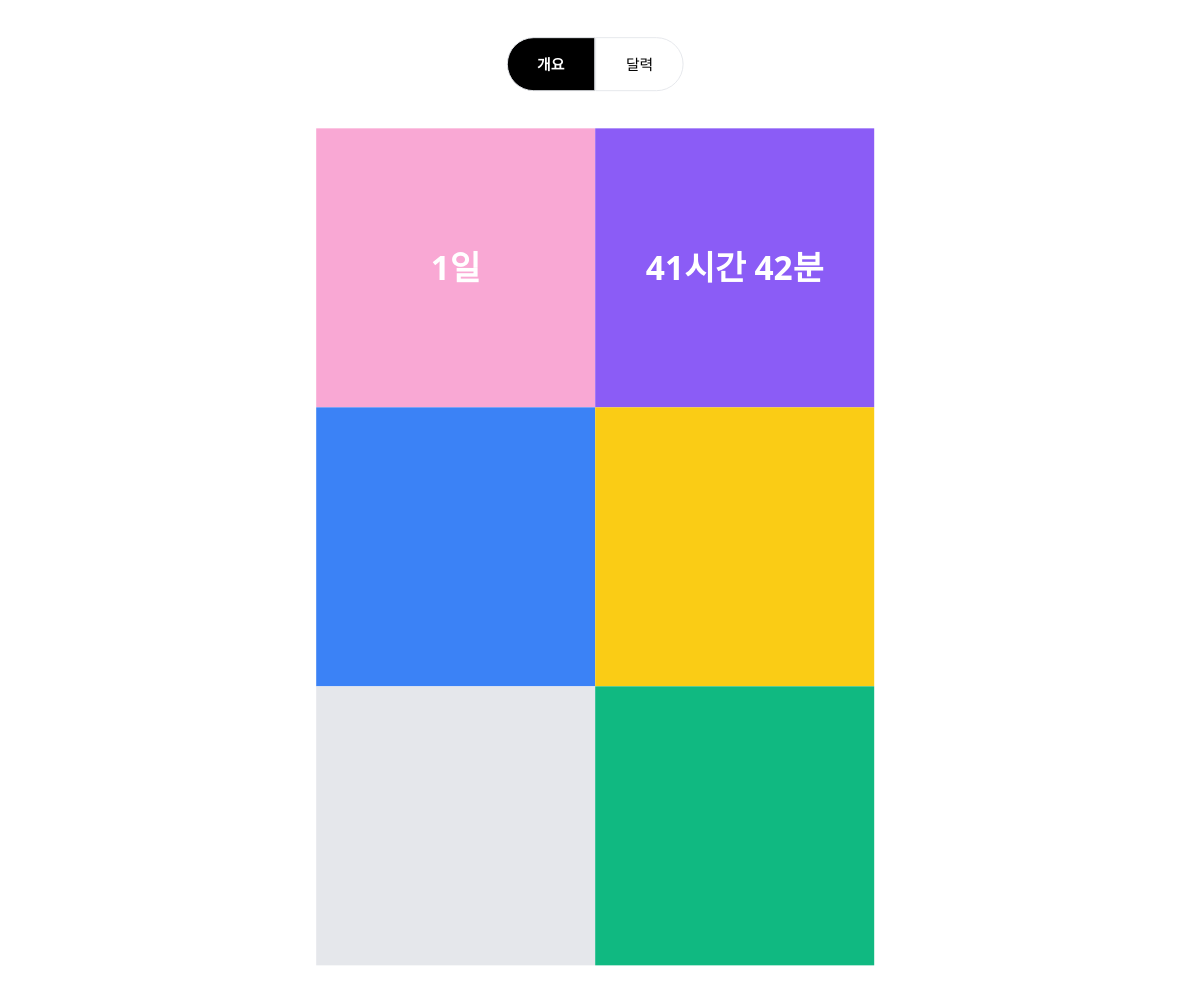
Repository: honey-punch/my-alcohol
Page: /
These files come from the project's save history. The page is drawn as it stood at one moment and after the next save; the edit follows.
The browser window is 1280 px wide. The pictures show the whole page, at 93% of full size.
The project was rebuilt for these pictures with package versions that can differ from the ones it lists, and the page was loaded fresh each time. The framework's server and built-in components were replaced by stand-ins that run in the browser. Also part of the build but not shown: next.config.ts, src/app/_component/Calendar.tsx.

Above is the page before, as saved 2025-02-10 15:48:57.

After the next save:
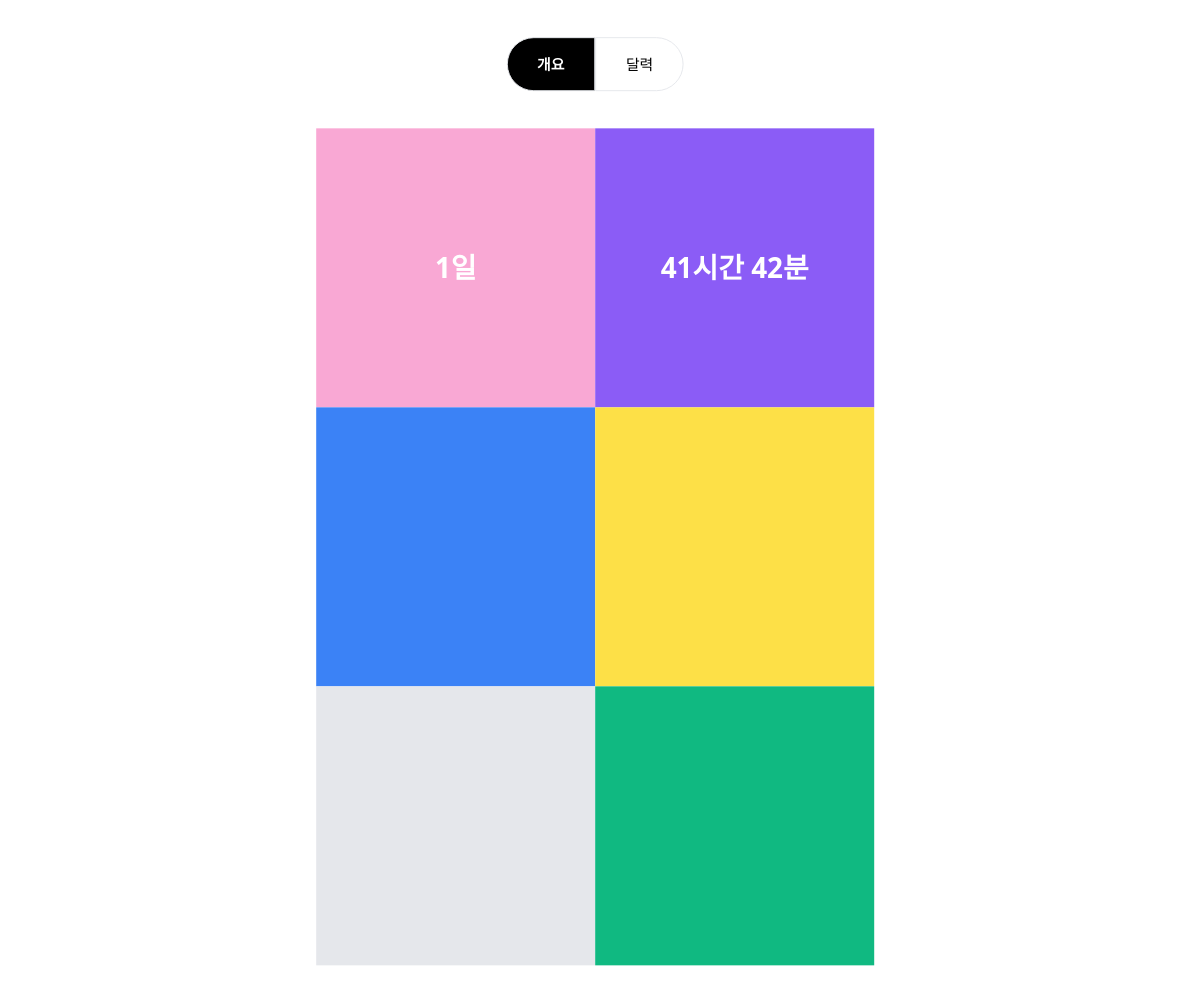
Saved 7 s later.
--- a/src/app/_component/Summary.tsx
+++ b/src/app/_component/Summary.tsx
@@ -28,31 +28,31 @@ export default function Summary() {
     <div className="grid grid-cols-2">
       <div
         style={{ width: `${BOX_SIZE}px`, height: BOX_SIZE }}
-        className="bg-pink-300 text-white flex justify-center items-center text-4xl font-bold"
+        className="bg-pink-300 text-white flex justify-center items-center text-3xl font-bold"
       >
         {getDayDiff()}
       </div>
       <div
         style={{ width: `${BOX_SIZE}px`, height: BOX_SIZE }}
-        className="bg-violet-500 text-white flex justify-center items-center text-4xl font-bold"
+        className="bg-violet-500 text-white flex justify-center items-center text-3xl font-bold"
       >
         {getTimeDiff()}
       </div>
       <div
         style={{ width: `${BOX_SIZE}px`, height: BOX_SIZE }}
-        className="bg-blue-500 text-white flex justify-center items-center text-4xl font-bold"
+        className="bg-blue-500 text-white flex justify-center items-center text-3xl font-bold"
       ></div>
       <div
         style={{ width: `${BOX_SIZE}px`, height: BOX_SIZE }}
-        className="bg-yellow-400 text-white flex justify-center items-center text-4xl font-bold"
+        className="bg-yellow-300 text-white flex justify-center items-center text-3xl font-bold"
       ></div>
       <div
         style={{ width: `${BOX_SIZE}px`, height: BOX_SIZE }}
-        className="bg-gray-200 text-white flex justify-center items-center text-4xl font-bold"
+        className="bg-gray-200 text-white flex justify-center items-center text-3xl font-bold"
       ></div>
       <div
         style={{ width: `${BOX_SIZE}px`, height: BOX_SIZE }}
-        className="bg-emerald-500 text-white flex justify-center items-center text-4xl font-bold"
+        className="bg-emerald-500 text-white flex justify-center items-center text-3xl font-bold"
       ></div>
     </div>
   );
